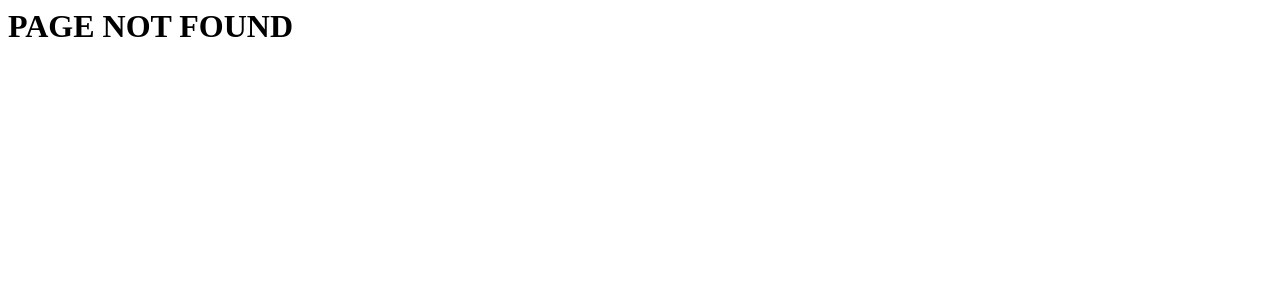
Repository: munmun2011/code
Page: http://localhost/
These files come from the project's save history. The page is drawn as it stood at one moment and after the next save; the edit follows.
The browser window is 1280 px wide. The pictures show the whole page.
The page is run by PHP 8.4 with error messages shown; the project is at /var/www/html/.

Above is the page before, as saved 2023-04-23 23:07:52.

After the next save:
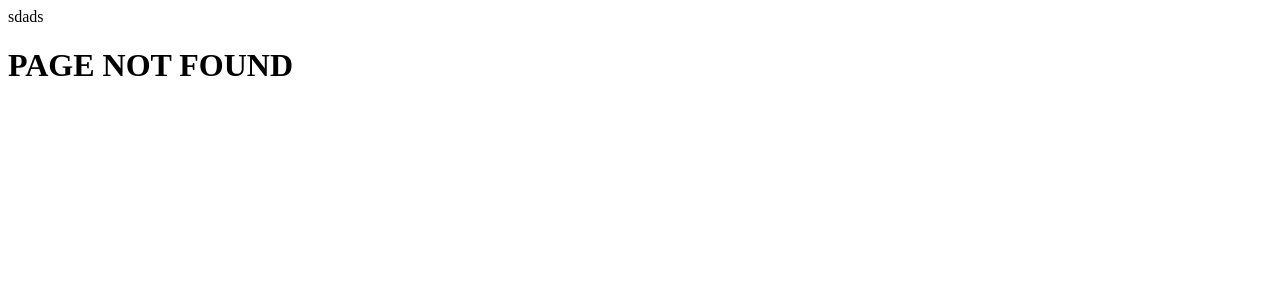
Saved 15 s later.
--- a/routes/web.php
+++ b/routes/web.php
@@ -6,6 +6,9 @@
 use App\Controllers\ProductController;
 if (class_exists('App\Controllers\HomeController')) {
   echo 'Hello';
+}
+else{
+  echo 'sdads';
 }
 // Route::get('/',function (){
 //   return 'Xin chao trang chu';

After the save that followed:
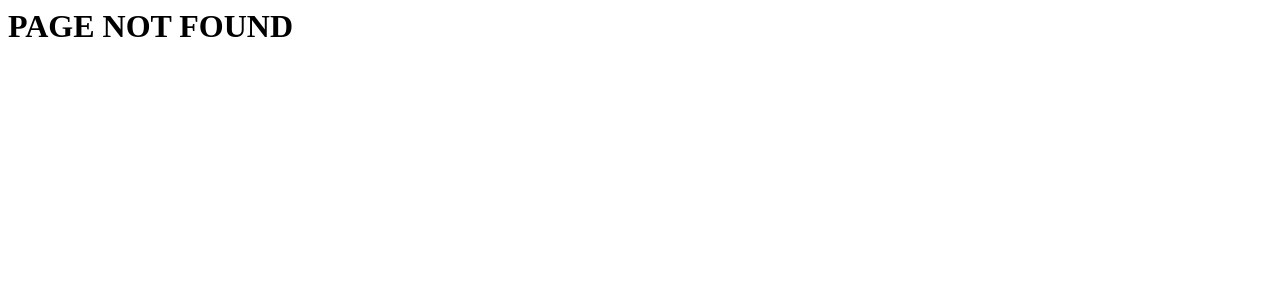
Saved 5 s later.
--- a/routes/web.php
+++ b/routes/web.php
@@ -4,12 +4,6 @@
 use Core\Route;
 use App\Controllers\HomeController;
 use App\Controllers\ProductController;
-if (class_exists('App\Controllers\HomeController')) {
-  echo 'Hello';
-}
-else{
-  echo 'sdads';
-}
 // Route::get('/',function (){
 //   return 'Xin chao trang chu';
 // });
